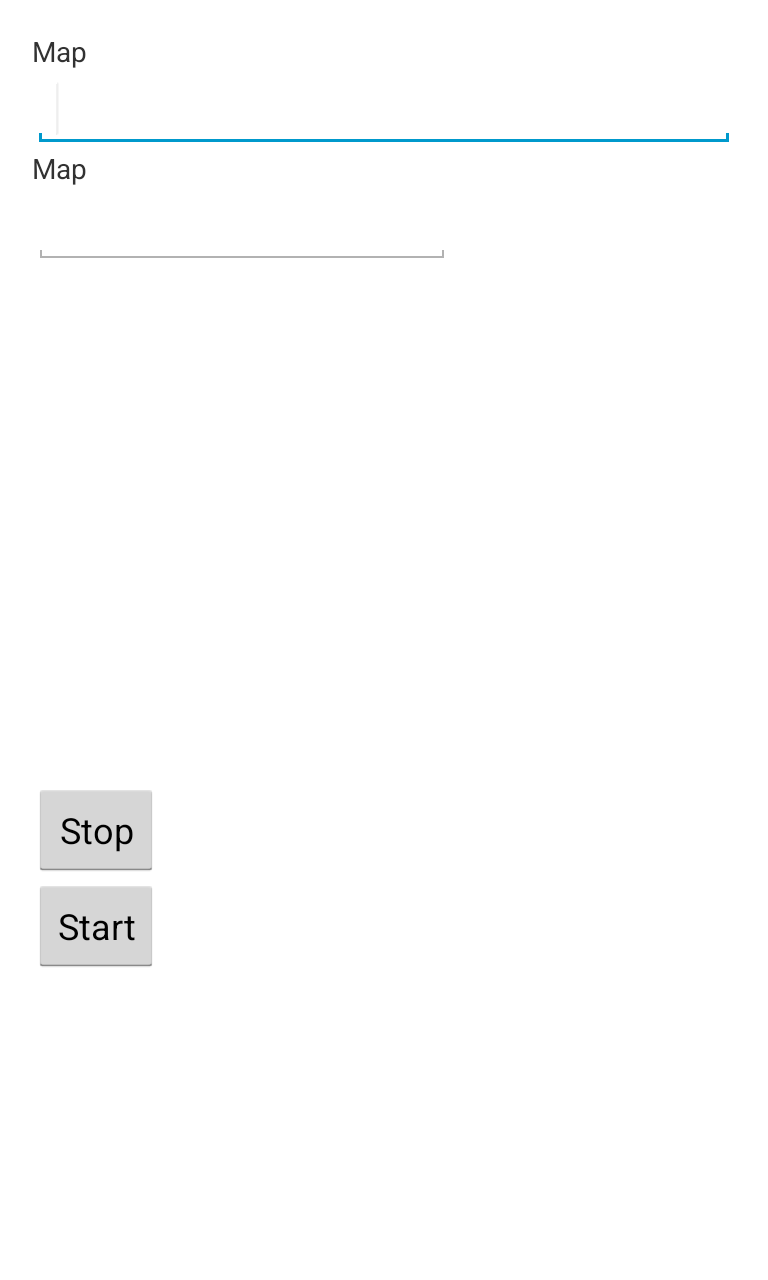
Repository: choll03/mobile_programming
Layout: Gps/res/layout/activity_main.xml
An editor plug-in stored every save of this project. The layout is shown before and after a run of saves, followed by the edit.
It is drawn on a 768 x 1280 px phone screen (xhdpi) without system bars, with theme AppTheme; the app's code is not run.

Above is the layout before, as saved 2019-05-01 10:18:55.

After the next 2 saves:
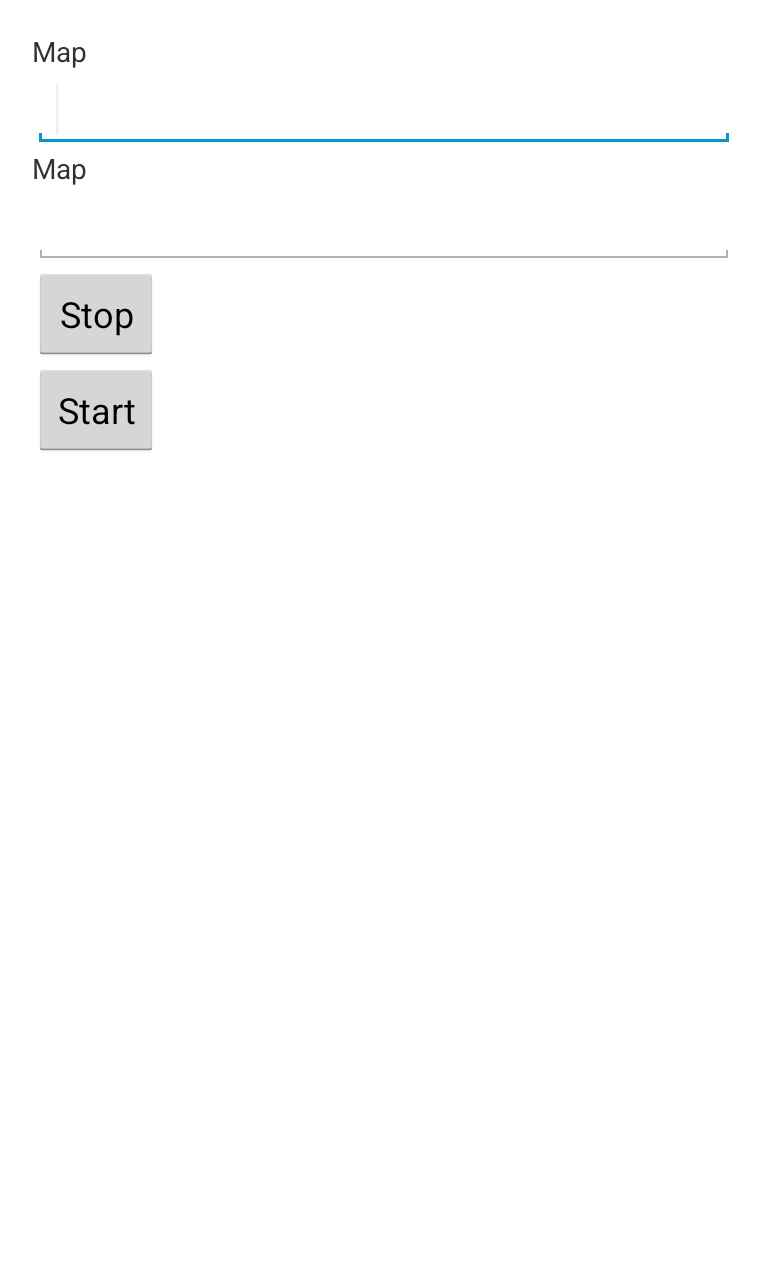
The 2 saves are shown as one change because they came seconds apart.
The last was saved 45 s later.
--- a/Gps/res/layout/activity_main.xml
+++ b/Gps/res/layout/activity_main.xml
@@ -51,7 +51,7 @@
 
         <EditText
             android:id="@+id/latitudeEditText"
-            android:layout_width="wrap_content"
+            android:layout_width="match_parent"
             android:layout_height="wrap_content"
             android:ems="10" />
     </LinearLayout>
@@ -62,8 +62,8 @@
         android:layout_height="wrap_content"
         android:layout_alignParentBottom="true"
         android:layout_alignParentLeft="true"
-        android:layout_marginBottom="137dp"
-        android:orientation="vertical" >
+        android:orientation="vertical"
+        android:layout_below="@+id/linearLayout2">
 
         <Button
             android:id="@+id/stopButton"
